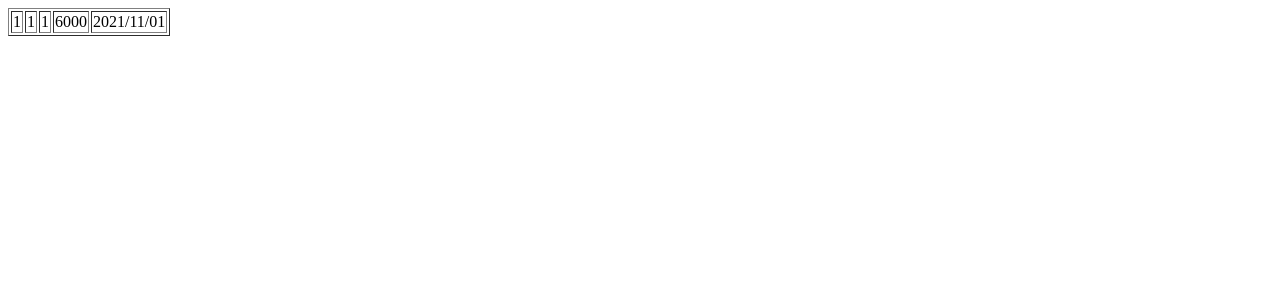
Repository: JUNGJAYOUNG/database_web
Page: day1109/src/main/webapp/tableTest.html
An editor plug-in stored every save of this project. The page is shown before and after the next save, followed by the edit.
The browser window is 1280 px wide. The pictures show the whole page.

Above is the page before, as saved 2021-11-09 05:34:35.

### day1109/src/main/webapp/tableTest.html
<!DOCTYPE html>
<html>
<head>
<meta charset="EUC-KR">
<title>Insert title here</title>
</head>
<body>
	<table border="1">
		<tr>
			<td>1</td>
			<td>1</td>
			<td>1</td>
			<td>6000</td>
			<td>2021/11/01</td>
		</tr>
	</table>
</body>
</html>

After the next save:
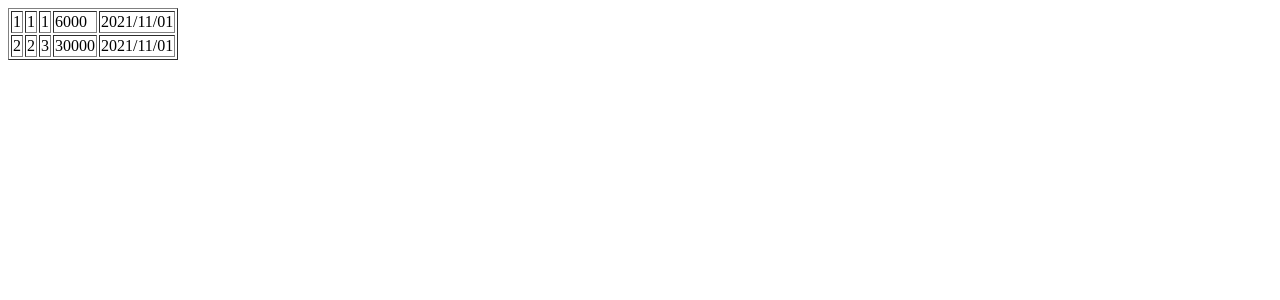
Saved 19 s later.
--- a/day1109/src/main/webapp/tableTest.html
+++ b/day1109/src/main/webapp/tableTest.html
@@ -13,6 +13,13 @@
 			<td>6000</td>
 			<td>2021/11/01</td>
 		</tr>
+		<tr>
+			<td>2</td>
+			<td>2</td>
+			<td>3</td>
+			<td>30000</td>
+			<td>2021/11/01</td>
+		</tr>
 	</table>
 </body>
 </html>
